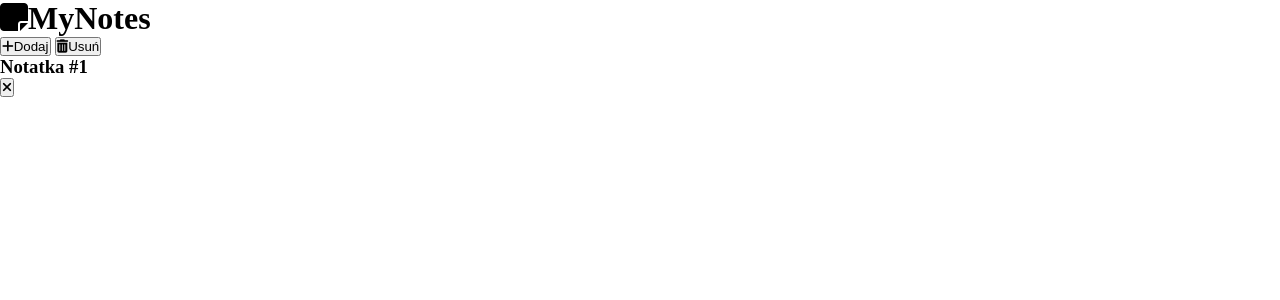
Repository: KrzysKolo/Projekt-7_Notes
Page: js/index.html
An editor plug-in stored every save of this project. The page is shown before and after the next save, followed by the edit.
The browser window is 1280 px wide. The pictures show the whole page.
Some web libraries are served in a nearby version.

Above is the page before, as saved 2020-07-07 12:59:29.
Console error: SyntaxError: Unexpected token '<'

### js/index.html
<!DOCTYPE html>
<html lang="en">
  <head>
    <meta charset="UTF-8" />
    <meta name="viewport" content="width=device-width, initial-scale=1.0" />
    <title>projekt 6 - My notes</title>
    <script
      src="https://kit.fontawesome.com/21efeaf281.js"
      crossorigin="anonymous"
    ></script>
    <link
      href="https://fonts.googleapis.com/css2?family=Montserrat:wght@100&display=swap"
      rel="stylesheet"
    />
    <link rel="stylesheet" href="./../css/style.css" />
  </head>
  <body>
    <div class="menu">
      <h1><i class="fas fa-sticky-note"></i>MyNotes</h1>
      <div class="menu-buttons">
        <button class="add icon"><i class="fas fa-plus"></i>Dodaj</button>
        <button class="delete-all icon">
          <i class="fas fa-trash-alt"></i>Usuń
        </button>
      </div>
    </div>

    <div class="note-area">
      <div class="note">
        <div class="note-header">
          <h3 class="note-title">Notatka #1</h3>
          <button class="delete-note"><i class="fas fa-times icon"></i></button>
        </div>
      </div>
    </div>
    <script src="./../js/index.html"></script>
  </body>
</html>

Loaded but not shown: css/style.css (common file)

After the next save:
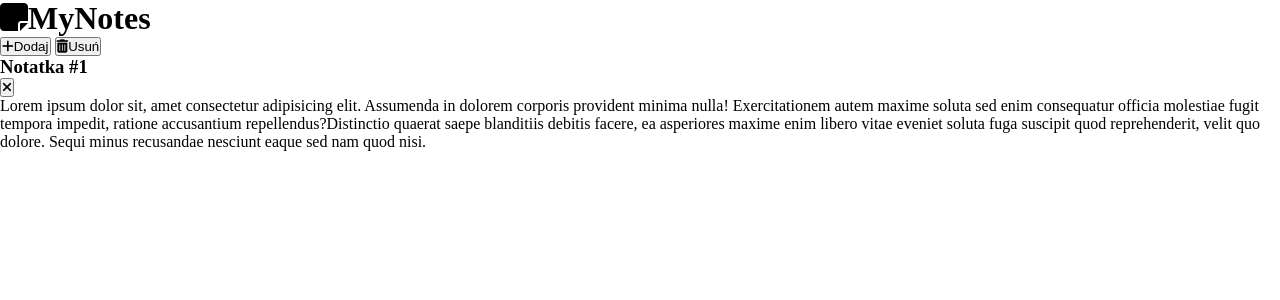
Saved 34 s later.
--- a/js/index.html
+++ b/js/index.html
@@ -31,6 +31,16 @@
           <h3 class="note-title">Notatka #1</h3>
           <button class="delete-note"><i class="fas fa-times icon"></i></button>
         </div>
+
+        <div class="note-body">
+          Lorem ipsum dolor sit, amet consectetur adipisicing elit. Assumenda in
+          dolorem corporis provident minima nulla! Exercitationem autem maxime
+          soluta sed enim consequatur officia molestiae fugit tempora impedit,
+          ratione accusantium repellendus?Distinctio quaerat saepe blanditiis
+          debitis facere, ea asperiores maxime enim libero vitae eveniet soluta
+          fuga suscipit quod reprehenderit, velit quo dolore. Sequi minus
+          recusandae nesciunt eaque sed nam quod nisi.
+        </div>
       </div>
     </div>
     <script src="./../js/index.html"></script>
